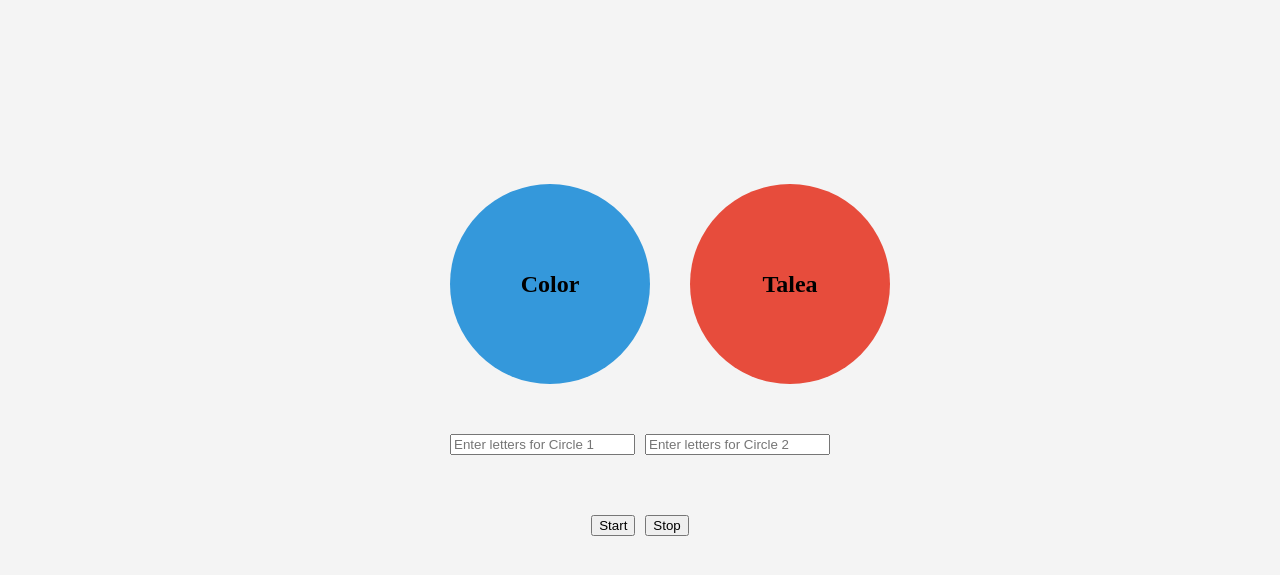
Repository: boshi-an/Isorhythm
Page: .vscode/Isorhythm/index.html
These files come from the project's save history. The page is drawn as it stood at one moment and after the next save; the edit follows.
The browser window is 1280 px wide. The pictures show the whole page.

Above is the page before, as saved 2023-10-18 22:49:05.

After the next save:
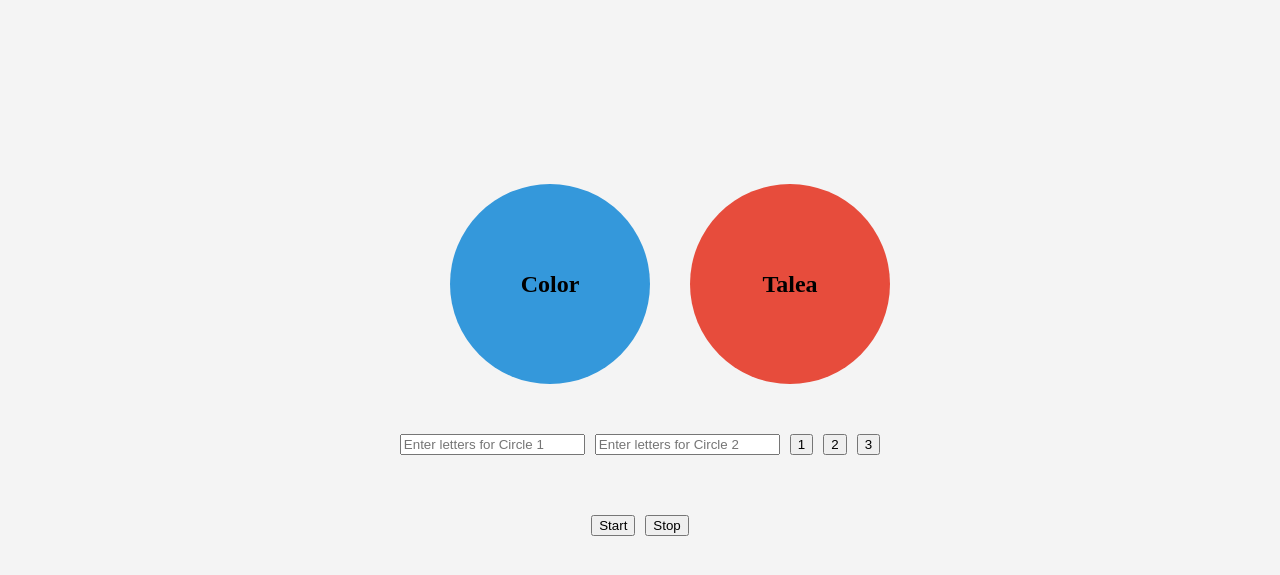
Saved 34 s later.
--- a/.vscode/Isorhythm/index.html
+++ b/.vscode/Isorhythm/index.html
@@ -19,7 +19,12 @@
     </div>
     <div class="inputContainer">
         <input type="text" id="input1" placeholder="Enter letters for Circle 1">
-        <input type="text" id="input2" placeholder="Enter letters for Circle 2">
+        <div class="taleaInputContainer">
+            <input type="text" id="input2" placeholder="Enter letters for Circle 2">
+            <button onclick="addNumber(1)">1</button>
+            <button onclick="addNumber(2)">2</button>
+            <button onclick="addNumber(3)">3</button>
+        </div>
     </div>
     <div class="uiContainer">
         <button id="startBtn">Start</button>
